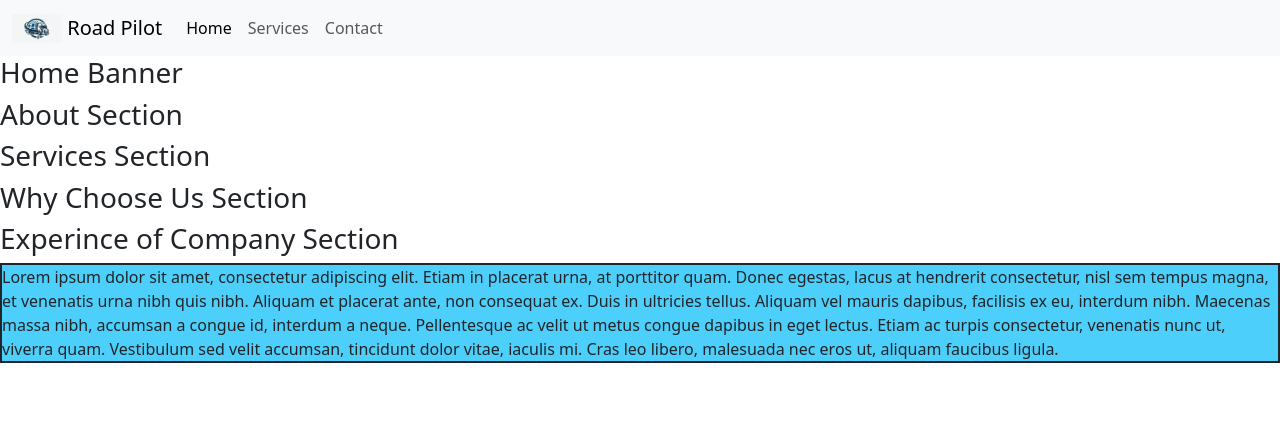
Repository: VictoriousMango/WebCreator
Page: index.html
These files come from the project's save history. The page is drawn as it stood at one moment and after the next save; the edit follows.
The browser window is 1280 px wide. The pictures show the whole page.

Above is the page before, as saved 2024-11-09 13:37:28.

### index.html
<!DOCTYPE html>
<html lang="en">

<head>
    <meta charset="UTF-8">
    <meta name="viewport" content="width=device-width, initial-scale=1.0">
    <title>Web Creator</title>
    <link href="https://cdn.jsdelivr.net/npm/bootstrap@5.3.3/dist/css/bootstrap.min.css" rel="stylesheet"
        integrity="sha384-QWTKZyjpPEjISv5WaRU9OFeRpok6YctnYmDr5pNlyT2bRjXh0JMhjY6hW+ALEwIH" crossorigin="anonymous">
    <link rel="stylesheet" href="./assets/css/index.css">
</head>

<body>
    <!-- Navbar -->
    <nav class="navbar navbar-expand-lg bg-body-tertiary">
        <div class="container-fluid">
            <a class="navbar-brand" href="#">
                <img src="./assets/images/Logo.png" alt="Logo" width="50px" class="d-inline-block align-text-top">
                Road Pilot
            </a>
            <button class="navbar-toggler" type="button" data-bs-toggle="collapse" data-bs-target="#navbarNav"
                aria-controls="navbarNav" aria-expanded="false" aria-label="Toggle navigation">
                <span class="navbar-toggler-icon"></span>
            </button>
            <div class="collapse navbar-collapse" id="navbarNav">
                <ul class="navbar-nav">
                    <li class="nav-item">
                        <a class="nav-link active" aria-current="page" href="#">Home</a>
                    </li>
                    <li class="nav-item">
                        <a class="nav-link" href="./pages/services.html">Services</a>
                    </li>
                    <li class="nav-item">
                        <a class="nav-link" href="./pages/contact.html">Contact</a>
                    </li>
                </ul>
            </div>
        </div>
    </nav>
    <!-- NavBar -->
    <main>
        <div class="home__banner">
            <h3>Home Banner</h3>
        </div>
        <div class="home__about">
            <h3>About Section</h3>
        </div>
        <div class="home__service">
            <h3>Services Section</h3>
        </div>
        <div class="home__whyChooseUs">
            <h3>Why Choose Us Section</h3>
        </div>
        <div class="home__experience">
            <h3>Experince of Company Section</h3>
        </div>
        <div class="home__pricingPlan">
            <h3></h3>
        </div>
        <div class="home__projects">
            <h3></h3>
        </div>
        <div class="home__testimonials">
            <h3></h3>
        </div>
        <div class="home__faq">
            <h3></h3>
        </div>
        <div class="blog">
            <h3></h3>
        </div>
    </main>
    <footer>
        Lorem ipsum dolor sit amet, consectetur adipiscing elit. Etiam in placerat urna, at porttitor quam. Donec egestas, lacus at hendrerit consectetur, nisl sem tempus magna, et venenatis urna nibh quis nibh. Aliquam et placerat ante, non consequat ex. Duis in ultricies tellus. Aliquam vel mauris dapibus, facilisis ex eu, interdum nibh. Maecenas massa nibh, accumsan a congue id, interdum a neque. Pellentesque ac velit ut metus congue dapibus in eget lectus. Etiam ac turpis consectetur, venenatis nunc ut, viverra quam. Vestibulum sed velit accumsan, tincidunt dolor vitae, iaculis mi. Cras leo libero, malesuada nec eros ut, aliquam faucibus ligula.
    </footer>
    <!-- Scripts -->
    <script src="https://cdn.jsdelivr.net/npm/bootstrap@5.3.3/dist/js/bootstrap.bundle.min.js"
        integrity="sha384-YvpcrYf0tY3lHB60NNkmXc5s9fDVZLESaAA55NDzOxhy9GkcIdslK1eN7N6jIeHz"
        crossorigin="anonymous"></script>
    <script src="https://cdn.jsdelivr.net/npm/@popperjs/core@2.11.8/dist/umd/popper.min.js"
        integrity="sha384-I7E8VVD/ismYTF4hNIPjVp/Zjvgyol6VFvRkX/vR+Vc4jQkC+hVqc2pM8ODewa9r"
        crossorigin="anonymous"></script>
    <script src="https://cdn.jsdelivr.net/npm/bootstrap@5.3.3/dist/js/bootstrap.min.js"
        integrity="sha384-0pUGZvbkm6XF6gxjEnlmuGrJXVbNuzT9qBBavbLwCsOGabYfZo0T0to5eqruptLy"
        crossorigin="anonymous"></script>
</body>

</html>

### assets/css/index.css
footer {
    position: relative;
    bottom: 1px;
    border: 2px solid;
    background-color: rgba(0, 187, 249, 0.7);
}

After the next save:
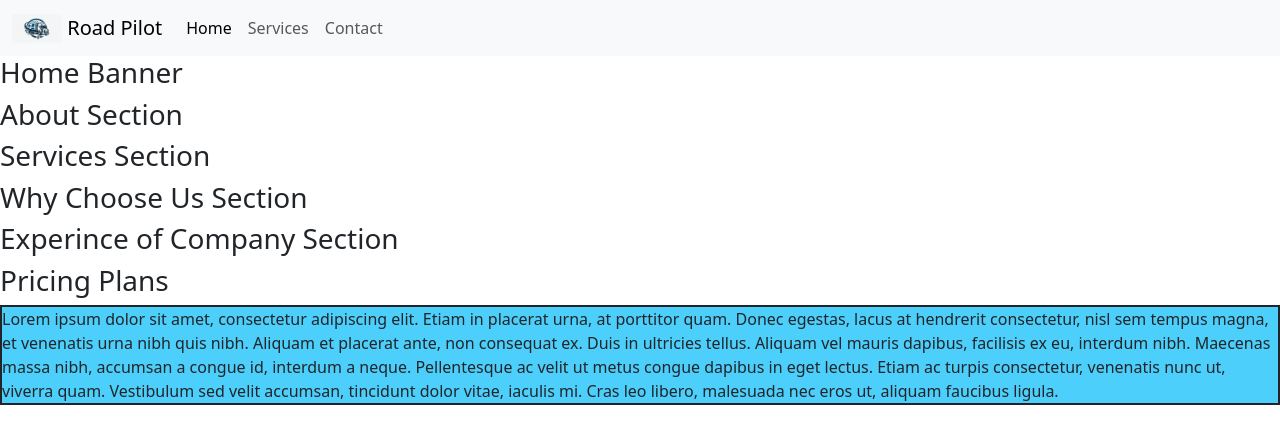
Saved 6 s later.
--- a/index.html
+++ b/index.html
@@ -55,7 +55,7 @@
             <h3>Experince of Company Section</h3>
         </div>
         <div class="home__pricingPlan">
-            <h3></h3>
+            <h3>Pricing Plans</h3>
         </div>
         <div class="home__projects">
             <h3></h3>
